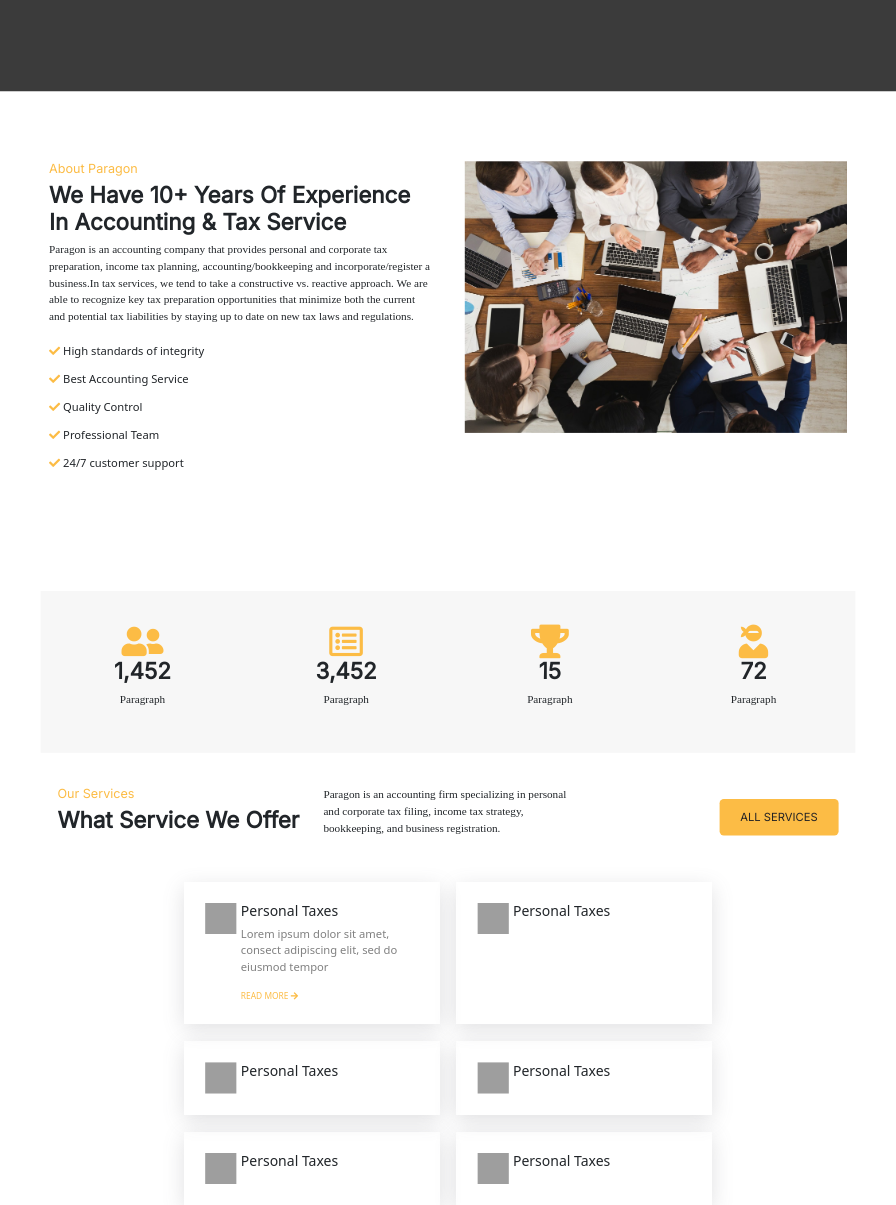
Repository: FailureMaster/paragonaccounting
Page: index.html
The author's editor kept a copy of each file at every save. The page is drawn from the files as they stood at one save, then again after the next save.
The browser window is 1280 px wide. The pictures show the part of the page from y = 788 to 2708 px (the page is 2510 px tall before and 2708 px after), at 70% of full size.
Pictures or frames that could not be fetched are drawn as grey boxes. Some web fonts or font styles are not loaded; a fallback is used.

Above is the page before, as saved 2022-12-21 00:49:46.

After the next save:
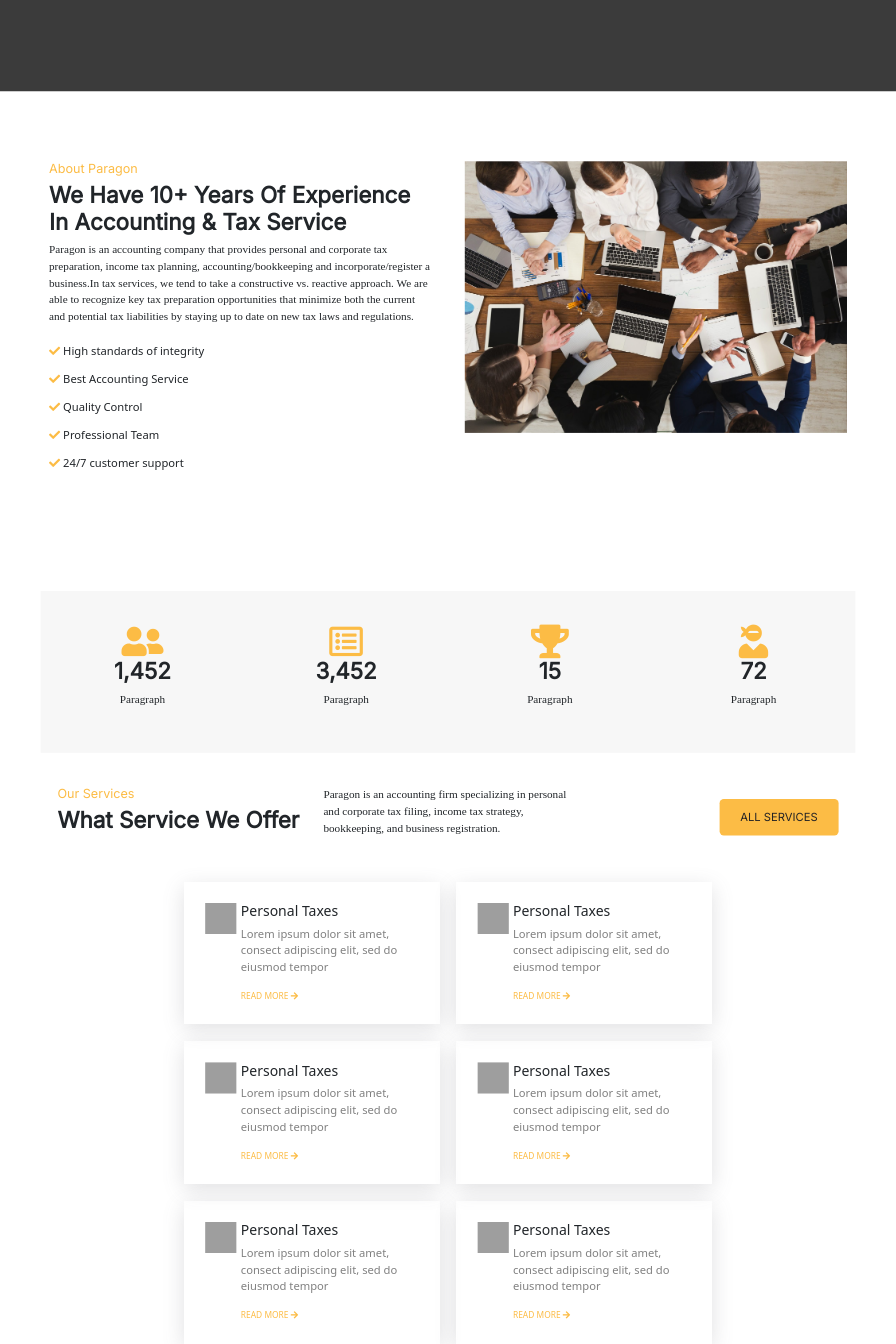
Saved 21 s later.
--- a/index.html
+++ b/index.html
@@ -122,6 +122,8 @@
                 </div>
                 <div class="col-10">
                     <h3>Personal Taxes</h3>
+                    <p>Lorem ipsum dolor sit amet, consect adipiscing elit, sed do eiusmod tempor</p>
+                    <a href="#">read more <i aria-hidden="true" class="fas fa-arrow-right"></i></a>
                 </div>
             </div>
             <div class="service-box">
@@ -130,6 +132,8 @@
                 </div>
                 <div class="col-10">
                     <h3>Personal Taxes</h3>
+                    <p>Lorem ipsum dolor sit amet, consect adipiscing elit, sed do eiusmod tempor</p>
+                    <a href="#">read more <i aria-hidden="true" class="fas fa-arrow-right"></i></a>
                 </div>
             </div>
             <div class="service-box">
@@ -138,6 +142,8 @@
                 </div>
                 <div class="col-10">
                     <h3>Personal Taxes</h3>
+                    <p>Lorem ipsum dolor sit amet, consect adipiscing elit, sed do eiusmod tempor</p>
+                    <a href="#">read more <i aria-hidden="true" class="fas fa-arrow-right"></i></a>
                 </div>
             </div>
             <div class="service-box">
@@ -146,6 +152,8 @@
                 </div>
                 <div class="col-10">
                     <h3>Personal Taxes</h3>
+                    <p>Lorem ipsum dolor sit amet, consect adipiscing elit, sed do eiusmod tempor</p>
+                    <a href="#">read more <i aria-hidden="true" class="fas fa-arrow-right"></i></a>
                 </div>
             </div>
             <div class="service-box">
@@ -154,6 +162,8 @@
                 </div>
                 <div class="col-10">
                     <h3>Personal Taxes</h3>
+                    <p>Lorem ipsum dolor sit amet, consect adipiscing elit, sed do eiusmod tempor</p>
+                    <a href="#">read more <i aria-hidden="true" class="fas fa-arrow-right"></i></a>
                 </div>
             </div>
         </div>
